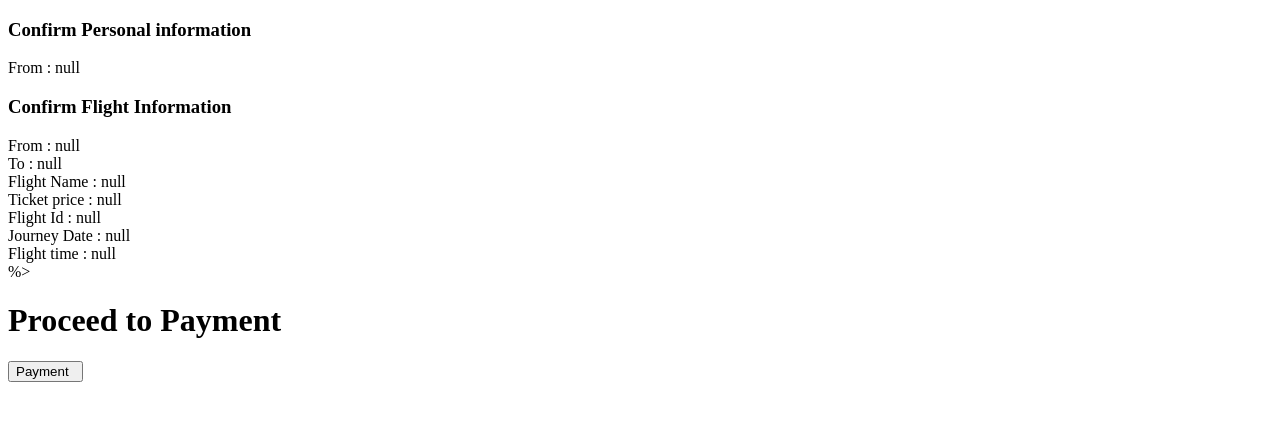
Repository: Shivani2392/FlyAwayProject
Page: http://localhost/FlightBookingPortal/BookFlight.jsp
An editor plug-in stored every save of this project. The page is shown before and after the next save, followed by the edit.
The browser window is 1280 px wide. The pictures show the whole page.
The page is served by Tomcat 9. Other server files are loaded and not shown. The template is opened directly, without the code that normally fills it, so the values that code supplies are empty.

Above is the page before, as saved 2020-11-21 06:48:24.

### FlightBookingPortal/src/main/webapp/BookFlight.jsp
<%@ page language="java" contentType="text/html; charset=ISO-8859-1"
    pageEncoding="ISO-8859-1"%>
<!DOCTYPE html>
<html>
<head>
<meta charset="ISO-8859-1">
<title>Flight Details</title>
</head>
<body>
<h3>Confirm Personal information</h3>
<%
out.println("From : ");
out.println(request.getParameter("source"));
%>



<h3>Confirm Flight Information</h3>
<%
out.println("From : ");
out.println(request.getParameter("source"));
%>
<br>
<%
out.println("To : ");
out.println(request.getParameter("dest"));
%>
<br>
<%
out.println("Flight Name : ");
out.println(request.getParameter("name"));
%>
<br>
<%
out.println("Ticket price : ");
out.println(request.getParameter("price"));
%>
<br>
<%
out.println("Flight Id : ");
out.println(request.getParameter("id"));
%>
<br>
<%
out.println("Journey Date : ");
out.println(request.getParameter("date"));
%>
<br>
<%
out.println("Flight time : ");
out.println(request.getParameter("time"));
%>
<br>
%>



<h1>Proceed to Payment</h1>
<input type="submit" value="Payment	" name="Payment"></input>
</body>
</html>

After the next save:
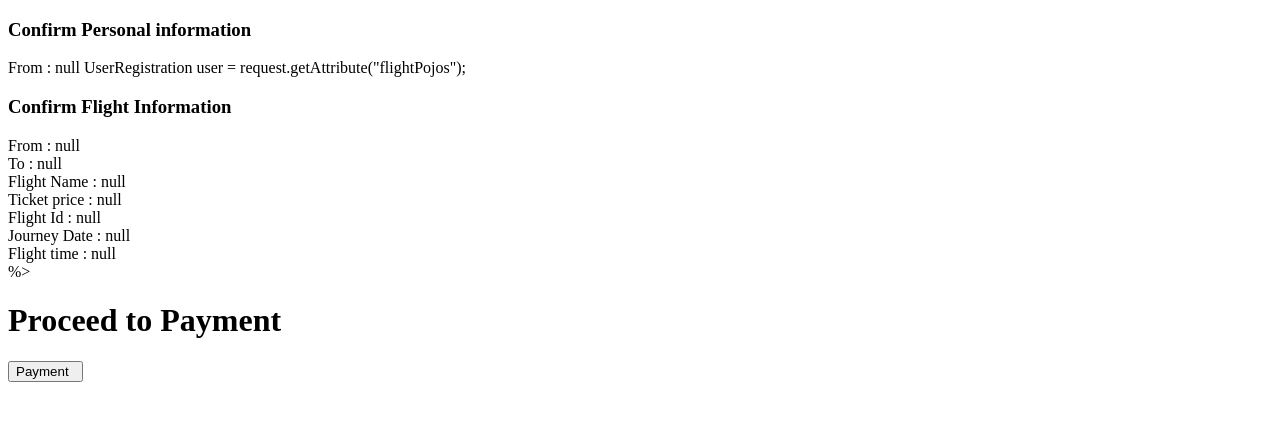
Saved 55 s later.
--- a/FlightBookingPortal/src/main/webapp/BookFlight.jsp
+++ b/FlightBookingPortal/src/main/webapp/BookFlight.jsp
@@ -12,7 +12,7 @@
 out.println("From : ");
 out.println(request.getParameter("source"));
 %>
-
+UserRegistration user = request.getAttribute("flightPojos");
 
 
 <h3>Confirm Flight Information</h3>
